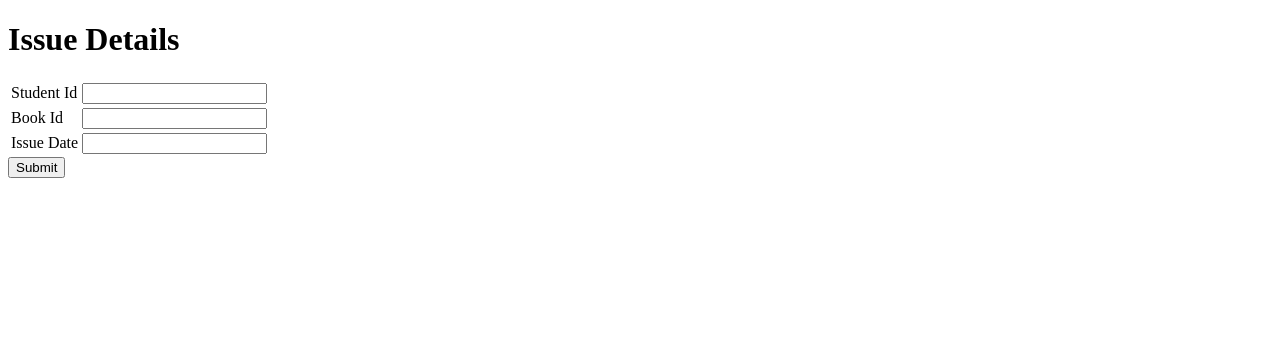
Repository: Shiru99/CS313-DBMS
Page: http://localhost/J2EEProject/Issue.jsp
An editor plug-in stored every save of this project. The page is shown before and after the next save, followed by the edit.
The browser window is 1280 px wide. The pictures show the whole page.
The page is served by Tomcat 9. Other server files are loaded and not shown.

Above is the page before, as saved 2020-11-03 00:34:27.

### Home Assignment 2/J2EEProject/WebContent/Issue.jsp
<%@ page language="java" contentType="text/html; charset=ISO-8859-1"
    pageEncoding="ISO-8859-1"%>
<!DOCTYPE html PUBLIC "-//W3C//DTD HTML 4.01 Transitional//EN" "http://www.w3.org/TR/html4/loose.dtd">
<html>
<head>
<meta http-equiv="Content-Type" content="text/html; charset=ISO-8859-1">
<title>Issue a Book</title>
</head>
<body>
<h1>Issue Details </h1>
<form action="IssueServlet" method="post">
			<table style="with: 50%">
				<tr>
					<td>Student Id</td>
					<td><input type="text" name="s_id" /></td>
				</tr>
				<tr>
					<td>Book Id</td>
					<td><input type="text" name="b_id" /></td>
				</tr>
				<tr>
					<td>Issue Date</td>
					<td><input type="text" name="date" /></td>
				</tr>

			</table>
			<input type="submit" value="Submit" /></form>
</body>
</html>

After the next save:
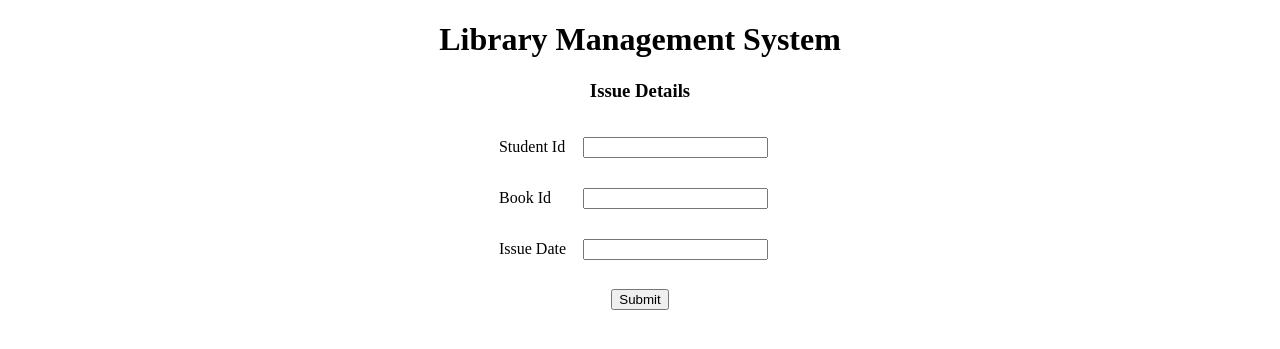
Saved 2 min 21 s later.
--- a/Home Assignment 2/J2EEProject/WebContent/Issue.jsp
+++ b/Home Assignment 2/J2EEProject/WebContent/Issue.jsp
@@ -2,28 +2,37 @@
     pageEncoding="ISO-8859-1"%>
 <!DOCTYPE html PUBLIC "-//W3C//DTD HTML 4.01 Transitional//EN" "http://www.w3.org/TR/html4/loose.dtd">
 <html>
-<head>
-<meta http-equiv="Content-Type" content="text/html; charset=ISO-8859-1">
-<title>Issue a Book</title>
-</head>
-<body>
-<h1>Issue Details </h1>
-<form action="IssueServlet" method="post">
-			<table style="with: 50%">
-				<tr>
-					<td>Student Id</td>
-					<td><input type="text" name="s_id" /></td>
-				</tr>
-				<tr>
-					<td>Book Id</td>
-					<td><input type="text" name="b_id" /></td>
-				</tr>
-				<tr>
-					<td>Issue Date</td>
-					<td><input type="text" name="date" /></td>
-				</tr>
+	<head>
+		<meta http-equiv="Content-Type" content="text/html; charset=ISO-8859-1">
+		<title>Issue a Book</title>
+		<style>
+			input{
+			  margin: 13px;
+			}
+		</style>
+	</head>
+	<body>
+		<center>
+			<h1>Library Management System</h1>
+			<h3>Issue Details </h3>
+			<form action="IssueServlet" method="post">
+				<table style="with: 50%">
+					<tr>
+						<td>Student Id</td>
+						<td><input type="text" name="s_id" /></td>
+					</tr>
+					<tr>
+						<td>Book Id</td>
+						<td><input type="text" name="b_id" /></td>
+					</tr>
+					<tr>
+						<td>Issue Date</td>
+						<td><input type="text" name="date" /></td>
+					</tr>
 
-			</table>
-			<input type="submit" value="Submit" /></form>
-</body>
+				</table>
+				<input type="submit" value="Submit" />
+			</form>
+		</center>
+	</body>
 </html>
